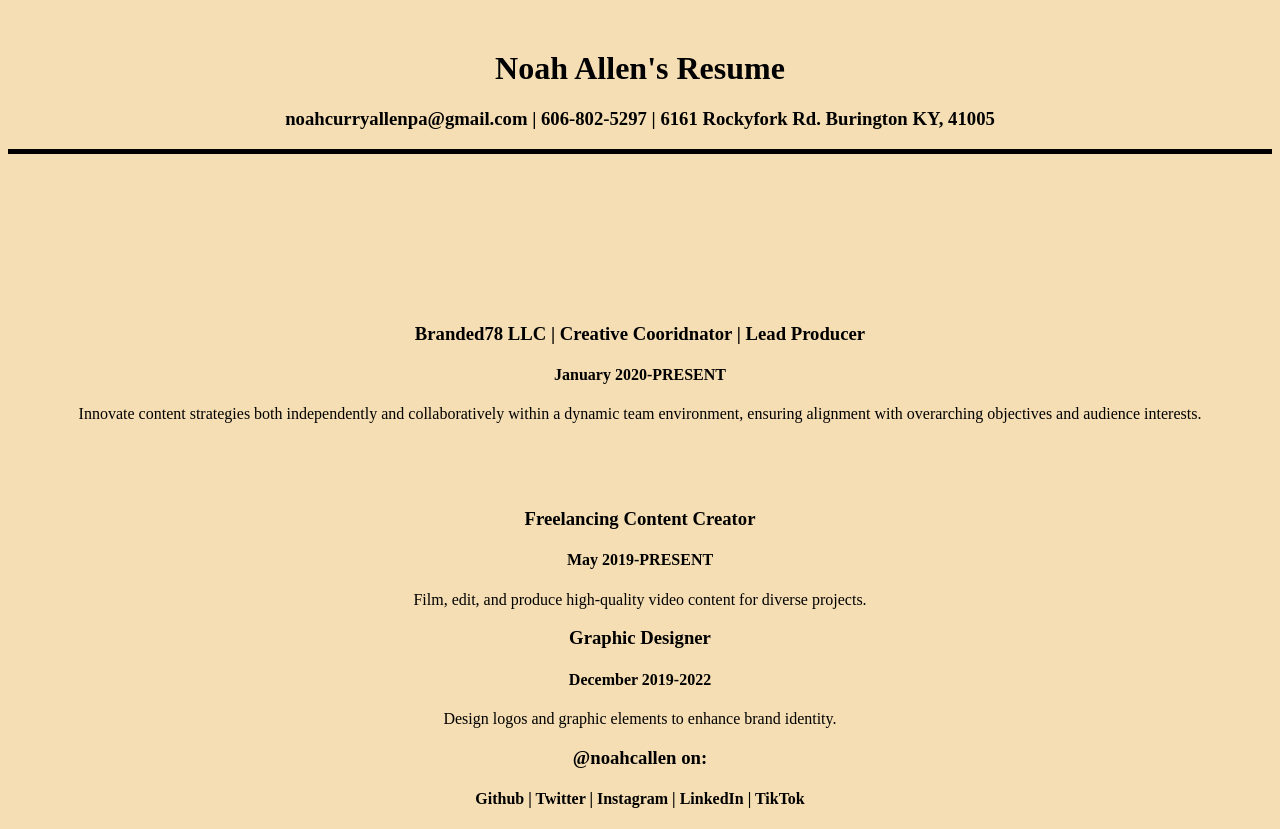
Repository: noahcallen/LAB-HTML-Resume
Page: index.html
An editor plug-in stored every save of this project. The page is shown before and after the next save, followed by the edit.
The browser window is 1280 px wide. The pictures show the whole page.

Above is the page before, as saved 2024-07-08 21:47:37.

### index.html
<!DOCTYPE html>
<html lang="en">
<head>
  <meta charset="UTF-8">
  <meta name="viewport" content="width=device-width, initial-scale=1.0">
  <title>Document</title>
  <link rel="stylesheet" href="main.css">
</head>
<body>

  <div class="HEADER">
  <!--HEADER-->
  <h1>Noah Allen's Resume</h1>
  <h3> noahcurryallenpa@gmail.com | 606-802-5297 | 6161 Rockyfork Rd. Burington KY, 41005</h3>
<!--END HEADER-->
  </div>

  <article id="Job1">
    <h3>Branded78 LLC | Creative Cooridnator | Lead Producer</h3>
    <h4>January 2020-PRESENT</h4>
    <section>
      <p>Innovate content strategies both independently and collaboratively within a dynamic team environment, ensuring alignment with overarching objectives and audience interests.</p>
    </section>
  </article>

  <article id="Job2">
    <h3>Freelancing Content Creator</h3>
    <h4>May 2019-PRESENT</h4>
    <section>
      <p>Film, edit, and produce high-quality video content for diverse projects.</p>
    </section>
  </article>

  <article id="Job3">
    <h3>Graphic Designer</h3>
    <h4>December 2019-2022</h4>
    <section>
      <p>Design logos and graphic elements to enhance brand identity.</p>
    </section>
  </article>

  <div class="FOOTER">
    <!-- FOOTER-->
     <h3>@noahcallen on:</h3>
     <h4>Github | Twitter | Instagram | LinkedIn | TikTok</h4>
    <!-- FOOTER-->
  </div>



  <script src="main.js"></script>
</body>
</html>

### main.css
body {
  background-color: wheat;
  text-align: center;
}

.HEADER {
  margin: 50px 0px 100px 0px;
  border-bottom: solid 5px black;
}

#Job1 {
  padding: 50px 0px 50px 0px;
}

Loaded but not shown: main.js (no stored copy; drawn as an empty file)

After the next save:
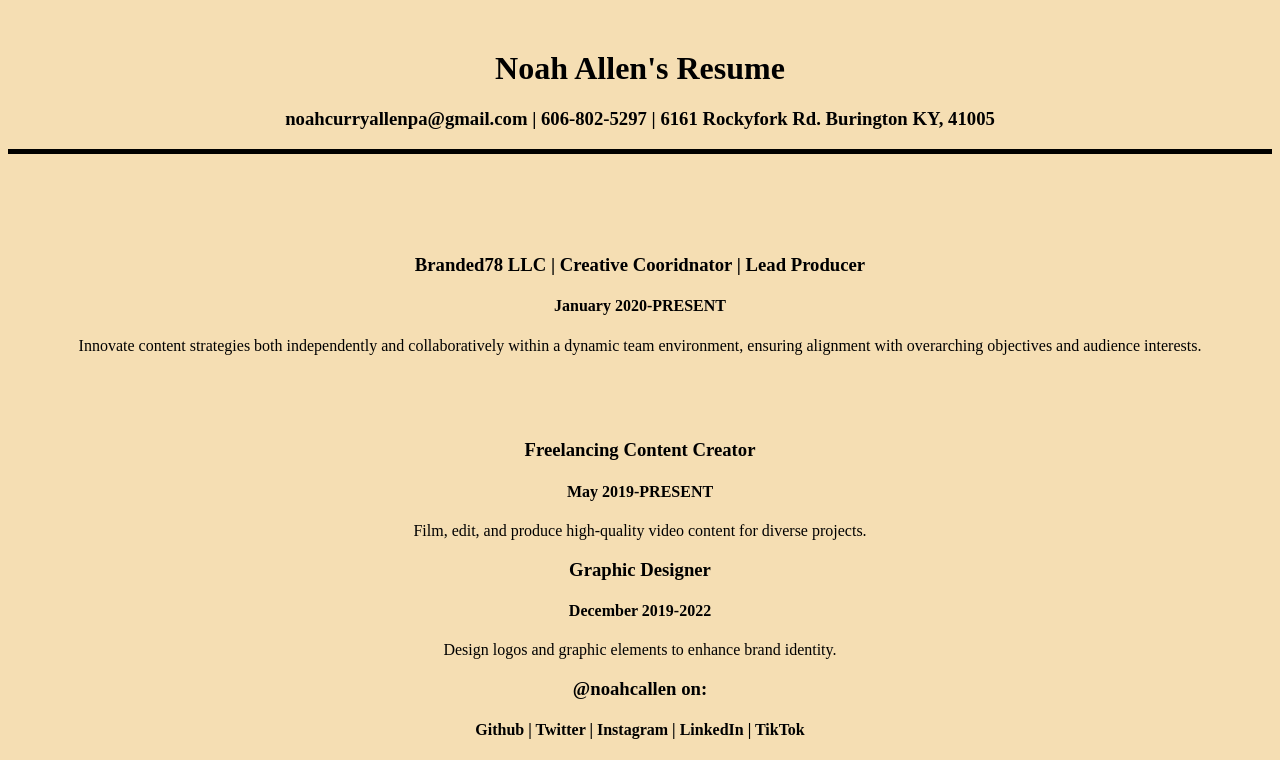
Saved 8 s later.
--- a/main.css
+++ b/main.css
@@ -9,5 +9,5 @@
 }
 
 #Job1 {
-  padding: 50px 0px 50px 0px;
+  padding: 0px 0px 50px 0px;
 }
